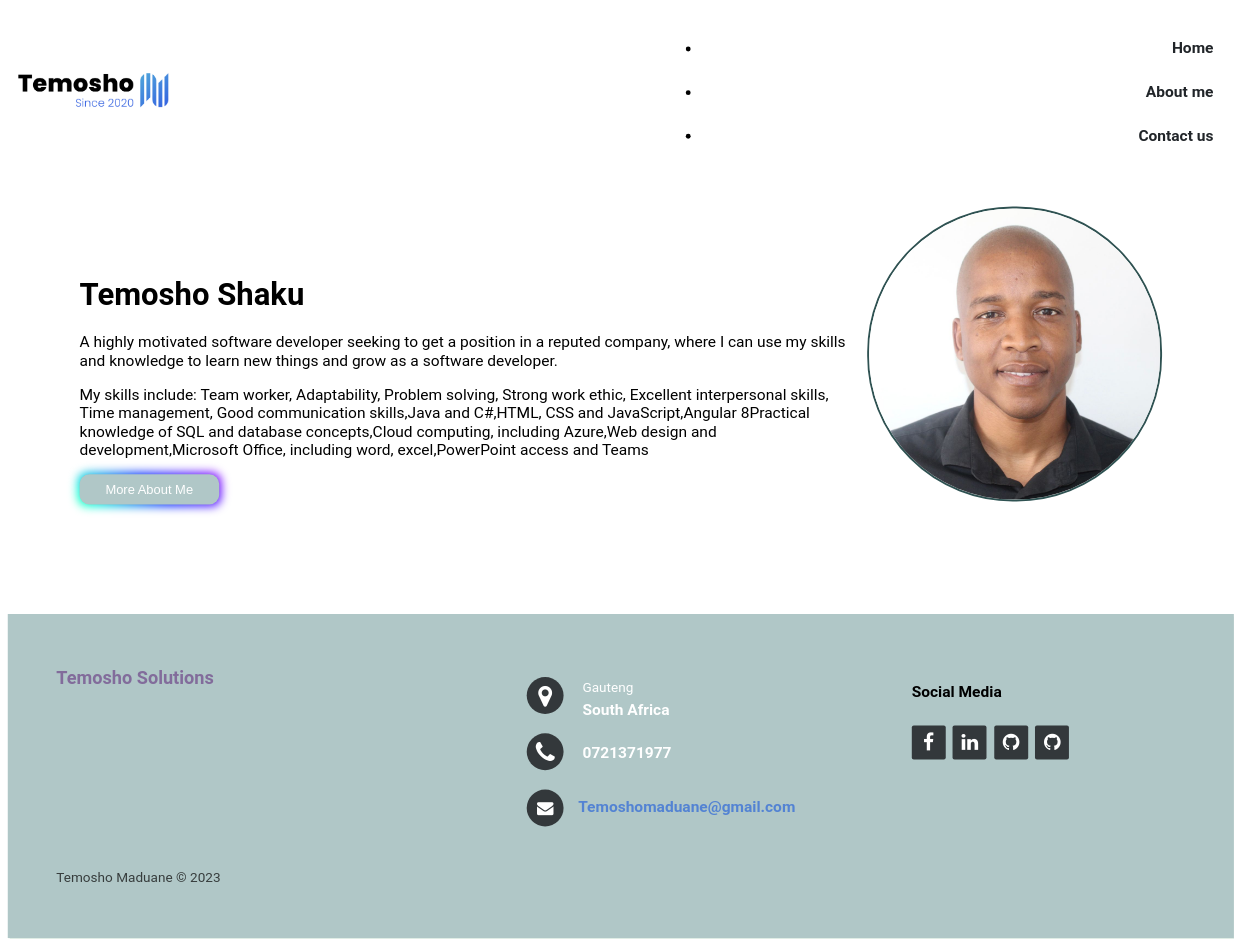
Repository: TemoshoS/T-Shaku
Page: index.html
These files come from the project's save history. The page is drawn as it stood at one moment and after the next save; the edit follows.
The browser window is 1280 px wide. The pictures show the whole page, at 97% of full size.
Pictures or frames that could not be fetched are drawn as grey boxes. Some web libraries are served in a nearby version.

Above is the page before, as saved 2023-09-28 14:38:45.

### index.html
<!DOCTYPE html>
<html>
<title>Temosho Shaku</title>
<meta charset="UTF-8">
<meta name="viewport" content="width=device-width,initial-scale=1">


<link rel="stylesheet" href="./css/style.css">

<link rel="stylesheet" href="http://maxcdn.bootstrapcdn.com/font-awesome/4.2.0/css/font-awesome.min.css">
<link href="http://fonts.googleapis.com/css?family=Cookie" rel="stylesheet" type="text/css">

<body>

  <header>
    <div>
      <table style="width: 100%;">
        <tr>
          <td>
            <a href="index.html">
              <img src="./images/logo.png" style="height: 50px;" alt="No logo" />
            </a>
          </td>
          <td align="right">
            <nav>
              <!-- Mobile Menu Icon -->
              <div class="menu-icon" onclick="toggleMenu()">
                <div class="bar"></div>
                <div class="bar"></div>
                <div class="bar"></div>
              </div>
              <!-- Navigation Links (Initially Hidden) -->
              <ul class="nav-links">
                <li><a href="index.html" class="nav-link"><b>Home</b></a></li>
                <li><a href="about.html" class="nav-link"><b>About me</b></a></li>
                <li><a href="contact.html" class="nav-link"><b>Contact us</b></a></li>
              </ul>
            </nav>
          </td>
        </tr>
      </table>
    </div>
  </header>



  <main>
    <table style="width: 100%; height: 300px">

      <tr>
        <td style="padding-left: 10vh; padding-top: 50px">
          <h1 id="name"></h1>
          <p style="width: 100%" id="para"></p>
          <p style="width: 100%" id="para1"></p>
          <button onclick="window.location.href='about.html'" class="buttonmore">More About Me</button>



        </td>
        <td align="right" style="padding-right: 10vh; padding-top: 30px; padding-bottom: 30px">
          <img src="./images/Temosho.jpg" alt="No picture" width="300px" height="300px"
            style="border-radius: 150px; object-fit: cover; border: 2px solid rgb(47, 82, 82);" />
        </td>
      </tr>
    </table>
  </main>


  <footer class="footer-distributed">
    <div class="footer-left">

      <h3><span>Temosho Solutions</span></h3>
      <p class="footer-links">
        <iframe
          src="https://www.google.com/maps/embed?pb=!1m18!1m12!1m3!1d57373.12731923028!2d28.183328280934226!3d-26.00669819115315!2m3!1f0!2f0!3f0!3m2!1i1024!2i768!4f13.1!3m3!1m2!1s0x1e956bed9ab01b69%3A0xc853e498933bab2e!2sTembisa%2C%201632!5e0!3m2!1sen!2sza!4v1676883111483!5m2!1sen!2sza"
          width="300" height="150" style="border:0;" allowfullscreen="" loping="lazy"></iframe>


      </p>


      <p class="footer-portfolio-name">Temosho Maduane &copy; 2023</p>
    </div>

    <div class="footer-center">

      <div>
        <i class="fa fa-map-marker"></i>
        <p><span>Gauteng</span>South Africa</p>
      </div>
      <div>
        <i class="fa fa-phone"></i>
        <p>0721371977</p>
        </p>

      </div>
      <div>

        <p><a href="temoshomaduane@gmail.com"><i class="fa fa-envelope"></i>Temoshomaduane@gmail.com</a>
        </p>
      </div>
    </div>

    <div class="footer-right">
      <p>
        Social Media
      </p>

      <div class="footer-icons">
        <a href="https://m.facebook.com/temosho.shaku"><i class="fa fa-facebook"></i></a>
        <a href="https://www.linkedin.com/mwlite/in/temosho-shaku-a2598917b"><i class="fa fa-linkedin"></i></a>
        <a href="https://github.com/TemoshoS"><i class="fa fa-github"></i></a>
        <a href="https://api.whatsapp.com/send?phone=27 721371977"><i class="fa fa-github"></i></a>

      </div>

    </div>
  </footer>
  <script src="./javascript/index.js"></script>
</body>

</html>

### css/style.css
/*Navigation bar*/
.nav-link {
	text-decoration: none;
	display: inline-block;
	padding: 13px 13px;
	color: #212529;
	margin-right: 5px;
  }

  .nav-link:hover {
	text-decoration:none;
	border-bottom: 2px solid #84e7ee;
  }


@import url("https://fonts.googleapis.com/css2?family=Roboto:wght@100&display=swap");
h1,
h2,
h3,
h4,
h5,
h6,
p,
a,
label,
address,
input {
	font-family: "Roboto", sans-serif;
}

/* CSS for Mobile Menu Icon */
.menu-icon {
    display: none; /* Initially hidden */
    cursor: pointer;
}

.menu-icon .bar {
    width: 25px;
    height: 3px;
    background-color: #212529;
    margin: 4px 0;
}

/*button*/

.buttonmore {
	padding: 0.6em 2em;
	border: none;
	outline: none;
	color: rgb(255, 255, 255);
	cursor: pointer;
	position: relative;
	z-index: 0;
	border-radius: 10px;
	user-select: none;
	-webkit-user-select: none;
	touch-action: manipulation;
  }

  .buttonmore:before {
	content: "";
	background: linear-gradient(
	  45deg,
	  #ff0000,
	  #ff7300,
	  #fffb00,
	  #48ff00,
	  #00ffd5,
	  #002bff,
	  #7a00ff,
	  #ff00c8,
	  #ff0000
	);
	position: absolute;
	top: -2px;
	left: -2px;
	background-size: 400%;
	z-index: -1;
	filter: blur(5px);
	-webkit-filter: blur(5px);
	width: calc(100% + 4px);
	height: calc(100% + 4px);
	animation: glowing-button-85 20s linear infinite;
	transition: opacity 0.3s ease-in-out;
	border-radius: 10px;
  }

  @keyframes glowing-button-85 {
	0% {
	  background-position: 0 0;
	}
	50% {
	  background-position: 400% 0;
	}
	100% {
	  background-position: 0 0;
	}
  }

  .buttonmore:after {
	z-index: -1;
	content: "";
	position: absolute;
	width: 100%;
	height: 100%;
	background: #b0c7c7;
	left: 0;
	top: 0;
	border-radius: 10px;
  }
/*Contact form*/
.contactform {


	border-radius: 5px;
	background-color: #f2f2f2;
	padding: 20px;
	width: 400px;
	margin-left: auto;
	margin-right: auto;

}



.footer-distributed{
	background-color: #b0c7c7;
	box-shadow: 0 1px 1px 0 rgba(5, 110, 52, 0.12);
	box-sizing: border-box;
	width: 100%;
	text-align: left;
	font: bold 16px sans-serif;

	padding: 55px 50px;
	margin-top: 80px;
}

.footer-distributed .footer-left,
.footer-distributed .footer-center,
.footer-distributed .footer-right{
	display: inline-block;
	vertical-align: top;
}

.footer-distributed .footer-left{
	width: 40%;
}

.footer-distributed h3{
	color:  #ffffff;

	margin: 0;
}

.footer-distributed h3 span{
	color:  #826c9b;
}


.footer-distributed .footer-links{
	color:  #ffffff;
	margin: 20px 0 12px;
	padding: 0;
}

.footer-distributed .footer-links a{
	display:inline-block;
	line-height: 1.8;
	text-decoration: none;
	color:  inherit;
}

.footer-distributed .footer-portfolio-name{
	color:  #373d3d;
	font-size: 14px;
	font-weight: normal;
	margin: 0;
}


.footer-distributed .footer-center{
	width: 35%;
}

.footer-distributed .footer-center i{
	background-color:  #33383b;
	color: #ffffff;
	font-size: 25px;
	width: 38px;
	height: 38px;
	border-radius: 50%;
	text-align: center;
	line-height: 42px;
	margin: 10px 15px;
	vertical-align: middle;
}

.footer-distributed .footer-center i.fa-envelope{
	font-size: 17px;
	line-height: 38px;
}

.footer-distributed .footer-center p{
	display: inline-block;
	color: #ffffff;
	vertical-align: middle;
	margin:0;
}

.footer-distributed .footer-center p span{
	display:block;
	font-weight: normal;
	font-size:14px;
	line-height:2;
}

.footer-distributed .footer-center p a{
	color:  #5383d3;
	text-decoration: none;;
}

.footer-distributed .footer-right{
	width: 20%;
}

.footer-distributed .footer-portfolio-about{
	line-height: 20px;
	color:  #92999f;
	font-size: 13px;
	font-weight: normal;
	margin: 0;
}

.footer-distributed .footer-portfolio-about span{
	display: block;
	color:  #ffffff;
	font-size: 14px;
	font-weight: bold;
	margin-bottom: 20px;
}

.footer-distributed .footer-icons{
	margin-top: 25px;
}

.footer-distributed .footer-icons a{
	display: inline-block;
	width: 35px;
	height: 35px;
	cursor: pointer;
	background-color:  #33383b;
	border-radius: 2px;

	font-size: 20px;
	color: #ffffff;
	text-align: center;
	line-height: 35px;

	margin-right: 3px;
	margin-bottom: 5px;
}


@media (max-width: 880px) {

	.menu-icon {
        display: block; /* Display the icon for smaller screens */
    }

    .nav-links {
        display: none; /* Hide the navigation links for smaller screens */
    }

    /* Add additional styles for the navigation links when hidden */
    .nav-link {
        display: block;
        text-align: center;
        margin: 5px 0;
        padding: 10px;
    }

	.footer-distributed{
		font: bold 14px sans-serif;

	}

	.footer-distributed .footer-left,
	.footer-distributed .footer-center,
	.footer-distributed .footer-right{
		display: block;
		width: 100%;
		margin-bottom: 40px;
		text-align: center;
	}

	.footer-distributed .footer-center i{
		margin-left: 0;
	}


}

### javascript/index.js

document.getElementById("name").innerHTML = "Temosho Shaku";

document.getElementById("para").innerHTML = "A highly motivated software developer seeking to get a position in a reputed company, where I can use my skills and knowledge to learn new things and grow as a software developer.";

document.getElementById("para1").innerHTML = "My skills include: Team worker, Adaptability, Problem solving, Strong work ethic, Excellent interpersonal skills, Time management, Good communication skills,Java and C#,HTML, CSS and JavaScript,Angular 8Practical knowledge of SQL and database concepts,Cloud computing, including Azure,Web design and development,Microsoft Office, including word, excel,PowerPoint access and Teams";

function toggleMenu() {
    var navLinks = document.querySelector('.nav-links');
    navLinks.style.display = navLinks.style.display === 'block' ? 'none' : 'block';
}

After the next save:
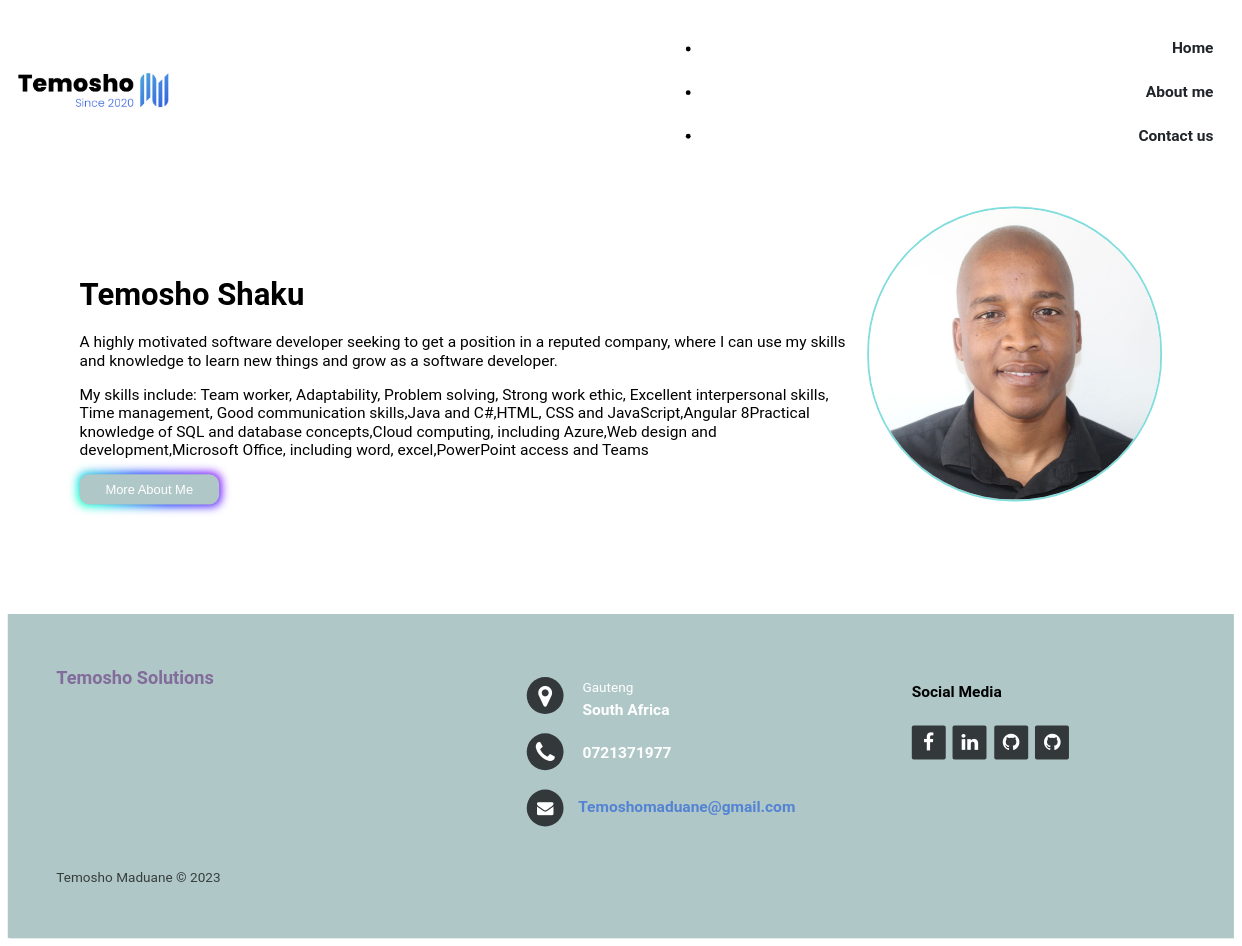
Saved 13 s later.
--- a/index.html
+++ b/index.html
@@ -59,7 +59,7 @@
         </td>
         <td align="right" style="padding-right: 10vh; padding-top: 30px; padding-bottom: 30px">
           <img src="./images/Temosho.jpg" alt="No picture" width="300px" height="300px"
-            style="border-radius: 150px; object-fit: cover; border: 2px solid rgb(47, 82, 82);" />
+            style="border-radius: 150px; object-fit: cover; border: 2px solid rgb(130, 221, 221);" />
         </td>
       </tr>
     </table>
